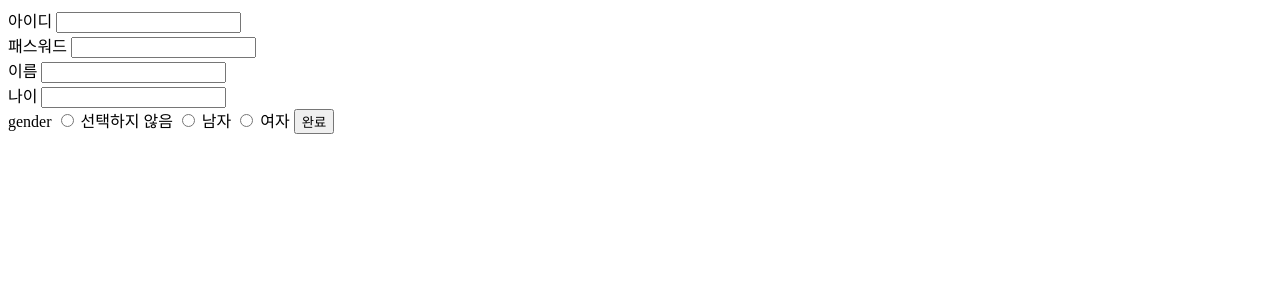
Repository: HwangEojin/homework
Page: http://localhost/day04_mybatis/
The author's editor kept a copy of each file at every save. The page is drawn from the files as they stood at one save, then again after the next save.
The browser window is 1280 px wide. The pictures show the whole page.
The page is served by Tomcat 9.

Above is the page before, as saved 2025-01-15 02:31:53.

After the next save:
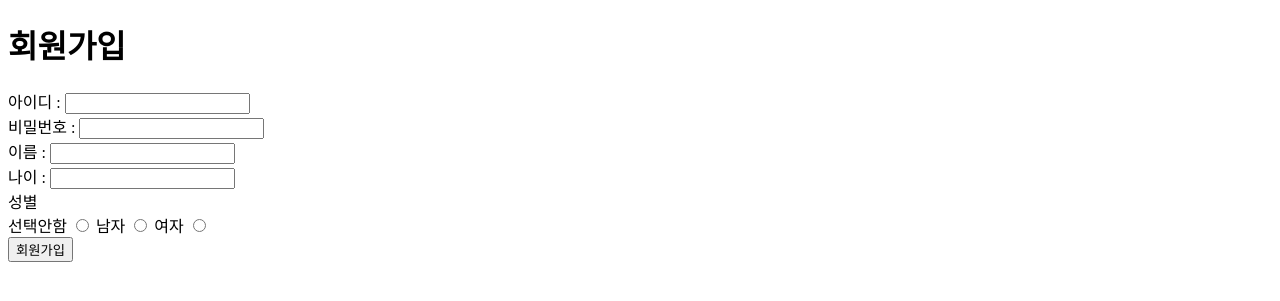
Saved 88 s later.
--- a/week09/day04_mybatis/src/main/webapp/index.jsp
+++ b/week09/day04_mybatis/src/main/webapp/index.jsp
@@ -1,47 +1,24 @@
 <%@ page language="java" contentType="text/html; charset=UTF-8"
-	pageEncoding="UTF-8"%>
+    pageEncoding="UTF-8"%>
 <!DOCTYPE html>
 <html>
 <head>
 <meta charset="UTF-8">
 <title>Insert title here</title>
 </head>
-
 <body>
-
-
-	<form action="MyServlet" method="get">
-		<label>
-			아이디
-			<input type="text" name="userId"></input><br>
-		</label>
-
-		<label>
-			패스워드
-			<input type="password" name="userPw"></input><br>
-		</label>
-
-		<label>
-			이름
-			<input type="text"  name="userName"></input><br>
-		</label>
-
-		<label>
-			나이
-			<input type="text"  name="userAge"></input><br>
-		</label>
-
-		<label>
-			gender
-			<input type="radio" name="userGender" value="N"> 선택하지 않음
-			<input type="radio" name="userGender" value="M"> 남자
-			<input type="radio" name="userGender" value="F"> 여자
-		</label>
-
-		<button>완료</button>
-
-	</form>
-
-
+   <h1>회원가입</h1>
+   <form action="MyServlet" method="get">
+      아이디 : <input type="text" name="userId"><br>
+      비밀번호 : <input type="password" name="userPw"><br>
+      이름 : <input type="text" name="userName"><br>
+      나이 : <input type="text" name="userAge"><br>
+      성별<br>
+      선택안함 <input type="radio" name="userGender" value="N">
+      남자 <input type="radio" name="userGender" value="M">
+      여자 <input type="radio" name="userGender" value="W">
+      <br>
+      <button>회원가입</button>
+   </form>
 </body>
 </html>
